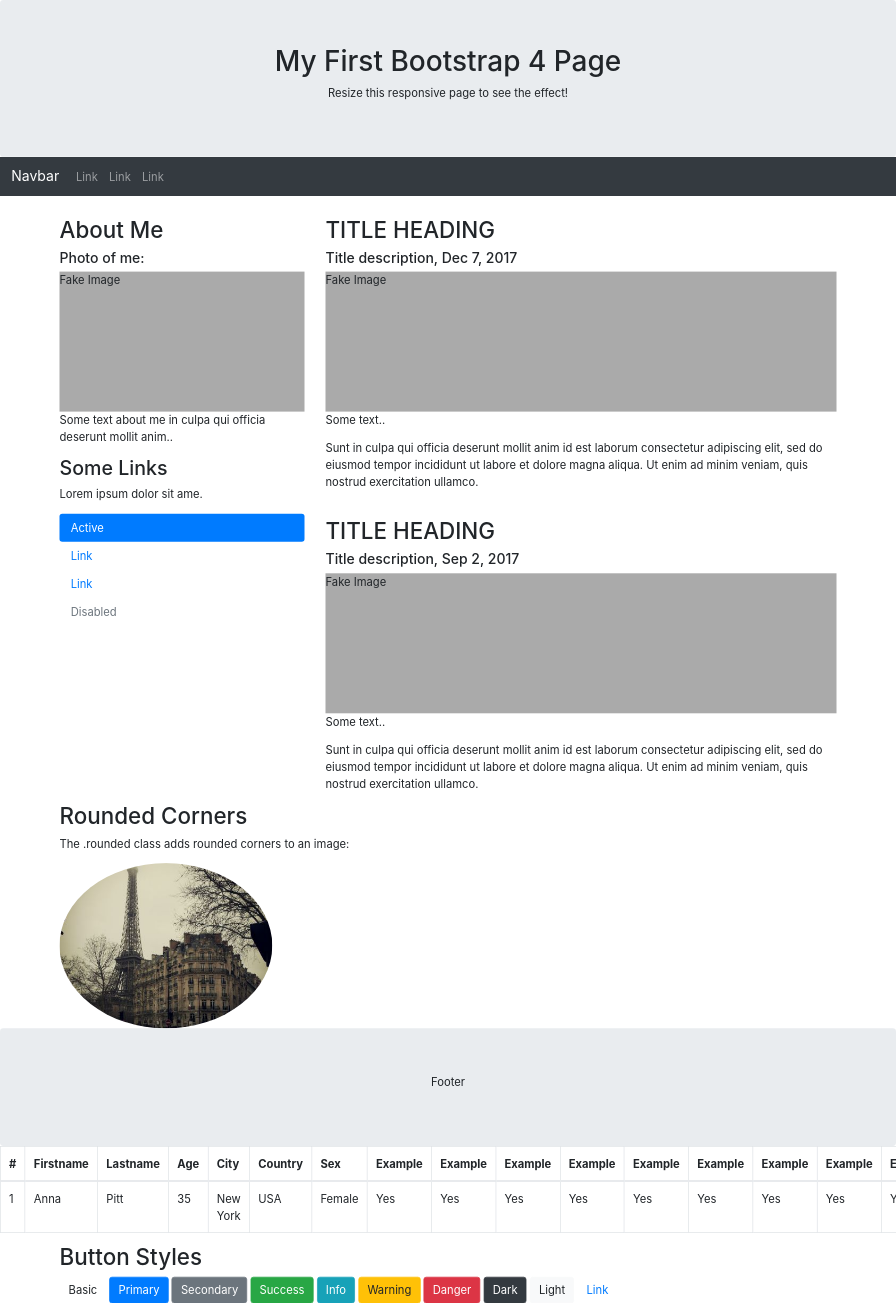
Repository: Anusha-Shilamkoti/Anusha
Page: MyFirstWebProject/WebContent/index.html
These files come from the project's save history. The page is drawn as it stood at one moment and after the next save; the edit follows.
The browser window is 1280 px wide. The pictures show the whole page, at 70% of full size.

Above is the page before, as saved 2020-01-18 11:51:57.

### MyFirstWebProject/WebContent/index.html
<!DOCTYPE html>
<html lang="en">
<head>
  <title>Bootstrap 4 Website Example</title>
  <meta charset="utf-8">
  <meta name="viewport" content="width=device-width, initial-scale=1">
  <link rel="stylesheet" href="https://maxcdn.bootstrapcdn.com/bootstrap/4.4.1/css/bootstrap.min.css">
  <script src="https://ajax.googleapis.com/ajax/libs/jquery/3.4.1/jquery.min.js"></script>
  <script src="https://cdnjs.cloudflare.com/ajax/libs/popper.js/1.16.0/umd/popper.min.js"></script>
  <script src="https://maxcdn.bootstrapcdn.com/bootstrap/4.4.1/js/bootstrap.min.js"></script>
  <style>
  .fakeimg {
    height: 200px;
    background: #aaa;
  }
  </style>
</head>
<body>

<div class="jumbotron text-center" style="margin-bottom:0">
  <h1>My First Bootstrap 4 Page</h1>
  <p>Resize this responsive page to see the effect!</p>
</div>

<nav class="navbar navbar-expand-sm bg-dark navbar-dark">
  <a class="navbar-brand" href="#">Navbar</a>
  <button class="navbar-toggler" type="button" data-toggle="collapse" data-target="#collapsibleNavbar">
    <span class="navbar-toggler-icon"></span>
  </button>
  <div class="collapse navbar-collapse" id="collapsibleNavbar">
    <ul class="navbar-nav">
      <li class="nav-item">
        <a class="nav-link" href="#">Link</a>
      </li>
      <li class="nav-item">
        <a class="nav-link" href="#">Link</a>
      </li>
      <li class="nav-item">
        <a class="nav-link" href="#">Link</a>
      </li>
    </ul>
  </div>
</nav>

<div class="container" style="margin-top:30px">
  <div class="row">
    <div class="col-md-4">
      <h2>About Me</h2>
      <h5>Photo of me:</h5>
      <div class="fakeimg">Fake Image</div>
      <p>Some text about me in culpa qui officia deserunt mollit anim..</p>
      <h3>Some Links</h3>
      <p>Lorem ipsum dolor sit ame.</p>
      <ul class="nav nav-pills flex-column">
        <li class="nav-item">
          <a class="nav-link active" href="#">Active</a>
        </li>
        <li class="nav-item">
          <a class="nav-link" href="#">Link</a>
        </li>
        <li class="nav-item">
          <a class="nav-link" href="#">Link</a>
        </li>
        <li class="nav-item">
          <a class="nav-link disabled" href="#">Disabled</a>
        </li>
      </ul>
      <hr class="d-sm-none">
    </div>
    <div class="col-sm-8">
      <h2>TITLE HEADING</h2>
      <h5>Title description, Dec 7, 2017</h5>
      <div class="fakeimg">Fake Image</div>
      <p>Some text..</p>
      <p>Sunt in culpa qui officia deserunt mollit anim id est laborum consectetur adipiscing elit, sed do eiusmod tempor incididunt ut labore et dolore magna aliqua. Ut enim ad minim veniam, quis nostrud exercitation ullamco.</p>
      <br>
      <h2>TITLE HEADING</h2>
      <h5>Title description, Sep 2, 2017</h5>
      <div class="fakeimg">Fake Image</div>
      <p>Some text..</p>
      <p>Sunt in culpa qui officia deserunt mollit anim id est laborum consectetur adipiscing elit, sed do eiusmod tempor incididunt ut labore et dolore magna aliqua. Ut enim ad minim veniam, quis nostrud exercitation ullamco.</p>
    </div>
  </div>
</div>
<div class="container">
  <h2>Rounded Corners</h2>
  <p>The .rounded class adds rounded corners to an image:</p>
  <img src="image/paris.jpg" class="rounded-circle" alt="Cinque Terre" width="304" height="236">
</div>

<div class="jumbotron text-center" style="margin-bottom:0">
  <p>Footer</p>
</div>
 <div class="table-responsive">
    <table class="table table-bordered">
      <thead>
        <tr>
          <th>#</th>
          <th>Firstname</th>
          <th>Lastname</th>
          <th>Age</th>
          <th>City</th>
          <th>Country</th>
          <th>Sex</th>
          <th>Example</th>
          <th>Example</th>
          <th>Example</th>
          <th>Example</th>
          <th>Example</th>
          <th>Example</th>
          <th>Example</th>
          <th>Example</th>
          <th>Example</th>
          <th>Example</th>
          <th>Example</th>
          <th>Example</th>
        </tr>
      </thead>
      <tbody>
        <tr>
          <td>1</td>
          <td>Anna</td>
          <td>Pitt</td>
          <td>35</td>
          <td>New York</td>
          <td>USA</td>
          <td>Female</td>
          <td>Yes</td>
          <td>Yes</td>
          <td>Yes</td>
          <td>Yes</td>
          <td>Yes</td>
          <td>Yes</td>
          <td>Yes</td>
          <td>Yes</td>
          <td>Yes</td>
          <td>Yes</td>
          <td>Yes</td>
          <td>Yes</td>
        </tr>
      </tbody>
    </table>
  </div>

<div class="container">
  <h2>Button Styles</h2>
  <button type="button" class="btn">Basic</button>
  <button type="button" class="btn btn-primary">Primary</button>
  <button type="button" class="btn btn-secondary">Secondary</button>
  <button type="button" class="btn btn-success">Success</button>
  <button type="button" class="btn btn-info">Info</button>
  <button type="button" class="btn btn-warning">Warning</button>
  <button type="button" class="btn btn-danger">Danger</button>
  <button type="button" class="btn btn-dark">Dark</button>
  <button type="button" class="btn btn-light">Light</button>
  <button type="button" class="btn btn-link">Link</button>
</div>
</body>
</html>

Loaded but not shown: MyFirstWebProject/WebContent/Bootstrap/css/bootstrap.min.css (library); MyFirstWebProject/WebContent/Bootstrap/js/bootstrap.min.js (library)

After the next save:
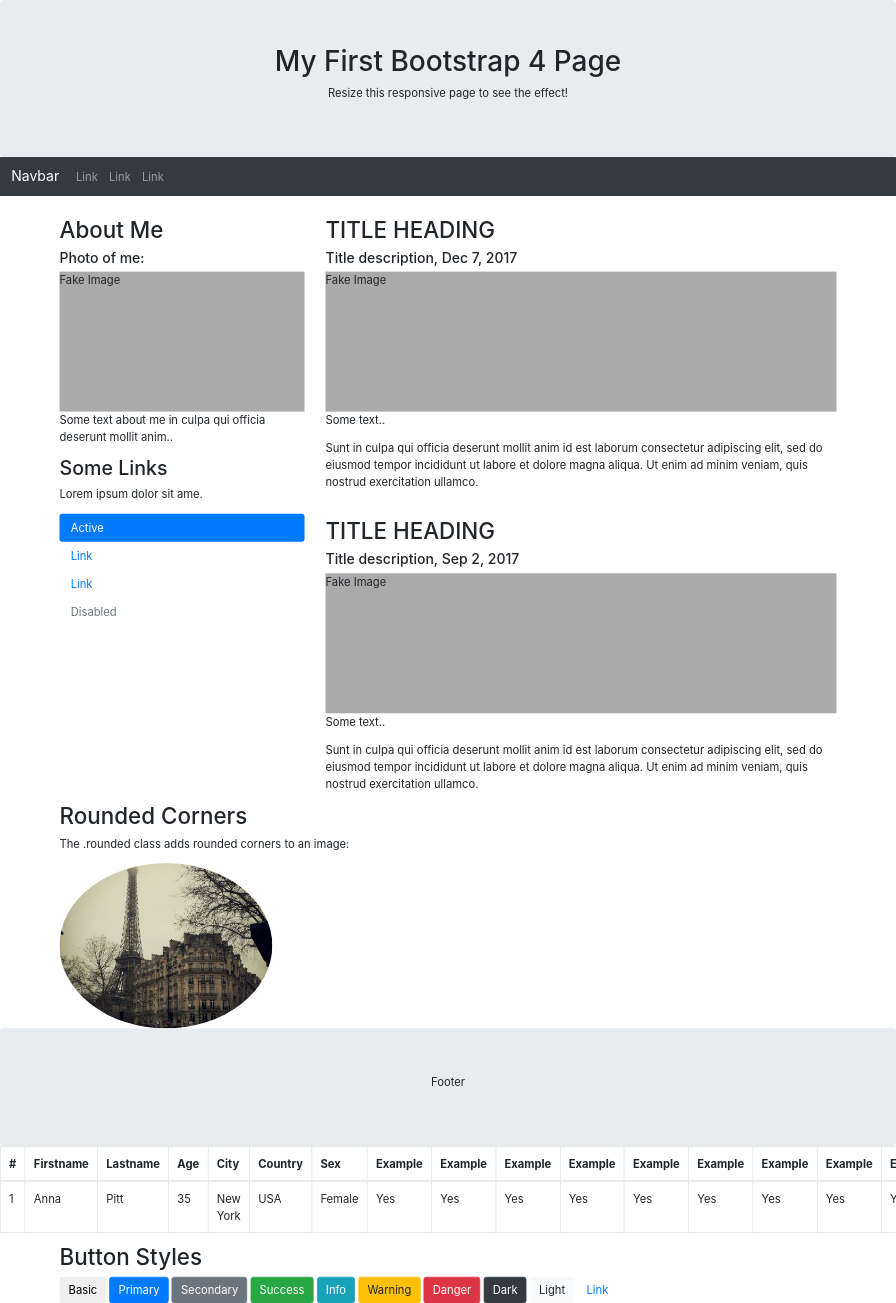
Saved 2 min 38 s later.
--- a/MyFirstWebProject/WebContent/index.html
+++ b/MyFirstWebProject/WebContent/index.html
@@ -3,12 +3,12 @@
 <head>
   <title>Bootstrap 4 Website Example</title>
   <meta charset="utf-8">
+  <head>
   <meta name="viewport" content="width=device-width, initial-scale=1">
-  <link rel="stylesheet" href="https://maxcdn.bootstrapcdn.com/bootstrap/4.4.1/css/bootstrap.min.css">
-  <script src="https://ajax.googleapis.com/ajax/libs/jquery/3.4.1/jquery.min.js"></script>
-  <script src="https://cdnjs.cloudflare.com/ajax/libs/popper.js/1.16.0/umd/popper.min.js"></script>
-  <script src="https://maxcdn.bootstrapcdn.com/bootstrap/4.4.1/js/bootstrap.min.js"></script>
-  <style>
+  <link rel="stylesheet" href="Bootstrap/css/bootstrap.min.css">
+  <script src="https://ajax.googleapis.com/ajax/libs/jquery/3.3.1/jquery.min.js"></script>
+  <script src="Bootstrap/js/bootstrap.min.js"></script>
+<style>
   .fakeimg {
     height: 200px;
     background: #aaa;
